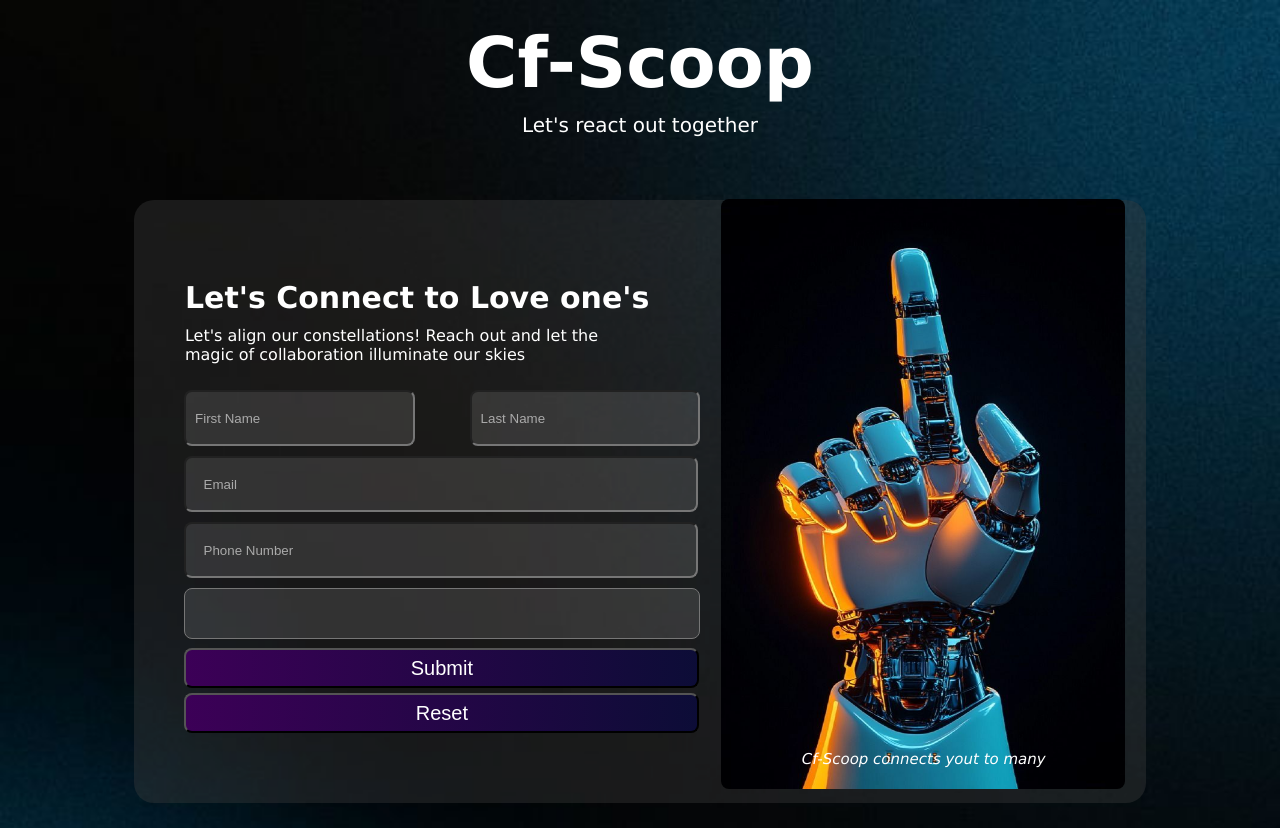
Repository: Chrisban-Media/Hackathon-CFW-Project
Page: index.html
An editor plug-in stored every save of this project. The page is shown before and after the next save, followed by the edit.
The browser window is 1280 px wide. The pictures show the whole page.
Backgrounds fixed to the window are drawn as part of the page. Some web libraries are served in a nearby version.

Above is the page before, as saved 2025-04-03 12:40:22.
Console error: ReferenceError: emailjs is not defined

After the next save:
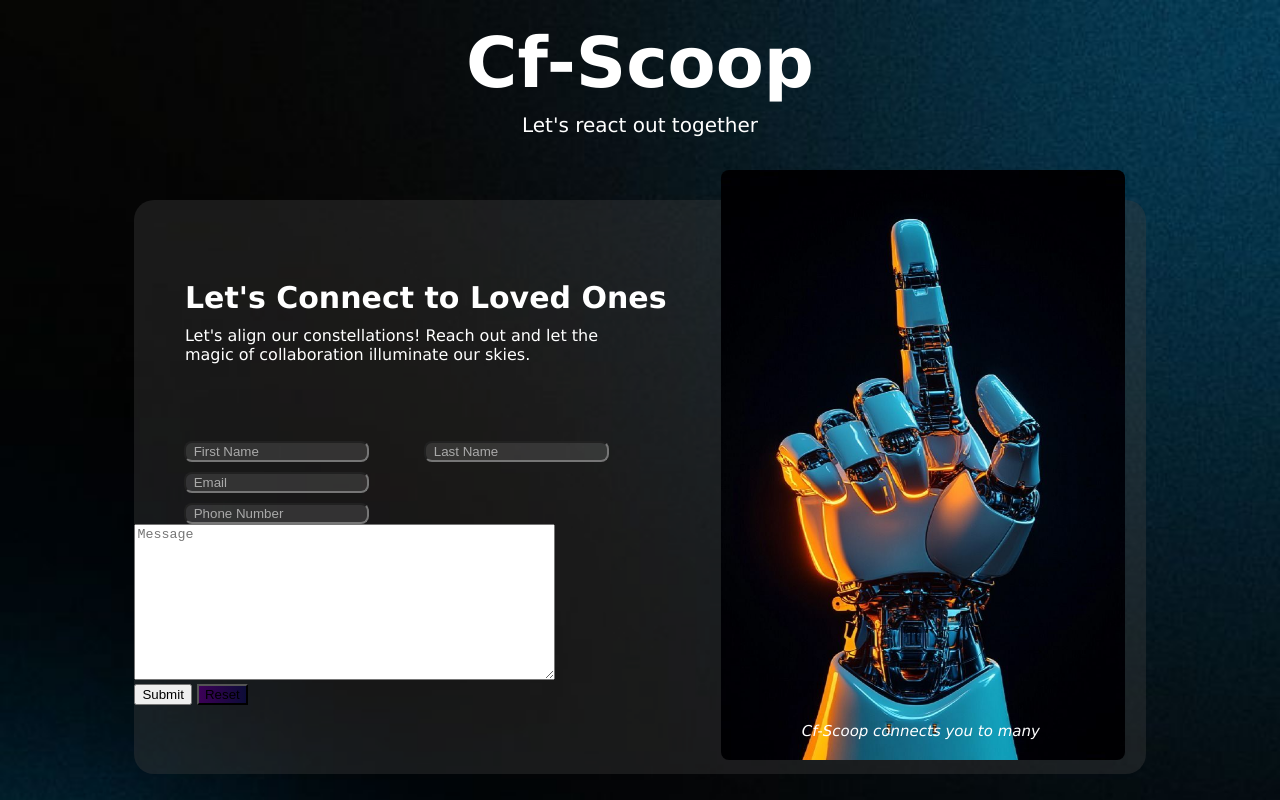
Saved 8 min 9 s later.
--- a/index.html
+++ b/index.html
@@ -1,99 +1,58 @@
 <!DOCTYPE html>
 <html lang="en">
-  <head>
-    <meta charset="UTF-8" />
-    <meta name="viewport" content="width=device-width, initial-scale=1.0" />
-    <title>CFW</title>
-    <!-- custom styles -->
-    <link rel="stylesheet" href="style.css" />
-    <link
-      href="https://cdn.jsdelivr.net/npm/remixicon@4.5.0/fonts/remixicon.css"
-      rel="stylesheet"
-    />
-    <script src="https://cdn.jsdelivr.net/npm/emailjs-com@2/dist/email.min.js"></script>
-    <script src="script.js" defer></script>
-  </head>
-  <body>
-    <!-- this budget starts from here -->
-    <main>
-      <div id="web-head">
-        <h1>Cf-Scoop</h1>
-        <p>Let's react out together</p>
+
+<head>
+  <meta charset="UTF-8">
+  <meta name="viewport" content="width=device-width, initial-scale=1.0">
+  <title>CFW</title>
+  <link rel="stylesheet" href="style.css">
+  <link href="https://cdn.jsdelivr.net/npm/remixicon@4.5.0/fonts/remixicon.css" rel="stylesheet">
+  <script src="https://cdn.jsdelivr.net/npm/emailjs-com@2/dist/email.min.js"></script>
+  <script src="script.js" defer></script>
+</head>
+
+<body>
+  <main>
+    <div id="web-head">
+      <h1>Cf-Scoop</h1>
+      <p>Let's react out together</p>
+    </div>
+
+    <div id="container">
+      <div id="form-intro">
+        <h3>Let's Connect to Loved Ones</h3>
+        <p>
+          Let's align our constellations! Reach out and let the
+          <span class="hide-br"><br></span>magic of collaboration illuminate our skies.
+        </p>
       </div>
 
-      <div id="container">
-        <div id="form-intro">
-          <h3>Let's Connect to Love one's</h3>
-          <p>
-            Let's align our constellations! Reach out and let the
-            <span class="hide-br"><br /></span>magic of collaboration illuminate
-            our skies
-          </p>
-        </div>
-        <div form-list>
-          <form id="contact-form" action="">
-            <input
-              id="name-box"
-              type="text"
-              placeholder="First Name"
-              autocomplete="on"
-              autofocus
-              required
-            />
+      <div id="form-list">
+        <form id="contact-form">
+          <input id="first-name" type="text" placeholder="First Name" required>
+          <input id="last-name" type="text" placeholder="Last Name" required>
+          <br>
+          <input id="email" type="email" placeholder="Email" required>
+          <br>
+          <input id="phone" type="tel" placeholder="Phone Number" required>
+          <br>
+          <textarea id="message" cols="50" rows="10" placeholder="Message" required></textarea>
+          <br>
+          <div class="buttons">
+            <button id="submit-btn" type="submit">Submit</button>
+            <button class="btns" type="reset">Reset</button>
+          </div>
+        </form>
+      </div>
 
-            <input
-              id="name-box"
-              type="text"
-              placeholder="Last Name"
-              autofocus
-              required
-            />
-            <br />
-            <input
-              id="info-box"
-              type="email"
-              name="email"
-              placeholder="Email"
-              autofocus
-              required
-            />
-            <br />
-            <input
-              id="info-box"
-              type="tel"
-              name="tel"
-              placeholder="Phone Number"
-              autofocus
-              required
-            />
-            <br />
-            <textarea
-              name="text"
-              id="message-box"
-              type="text"
-              name="text"
-              cols="50"
-              row="10"
-              placeholder="Message"
-            >
-            </textarea>
-            <br />
-            <div class="buttons">
-              <button id="btn" type="submit">Submit</button>
-              <button class="btns" id="btn" type="reset">Reset</button>
-            </div>
-          </form>
-        </div>
-        <div id="scoop-img">
-          <img src="images/robot.jpeg" alt="" width="300" height="590" />
-          <div id="scoop-img-text">
-            <p><i>Cf-Scoop connects yout to many</i></p>
-          </div>
+      <div id="scoop-img">
+        <img src="images/robot.jpeg" alt="Robot" width="300" height="590">
+        <div id="scoop-img-text">
+          <p><i>Cf-Scoop connects you to many</i></p>
         </div>
       </div>
-    </main>
+    </div>
+  </main>
+</body>
 
-    <!-- custom javascript -->
-    <script src="script.js"></script>
-  </body>
 </html>
